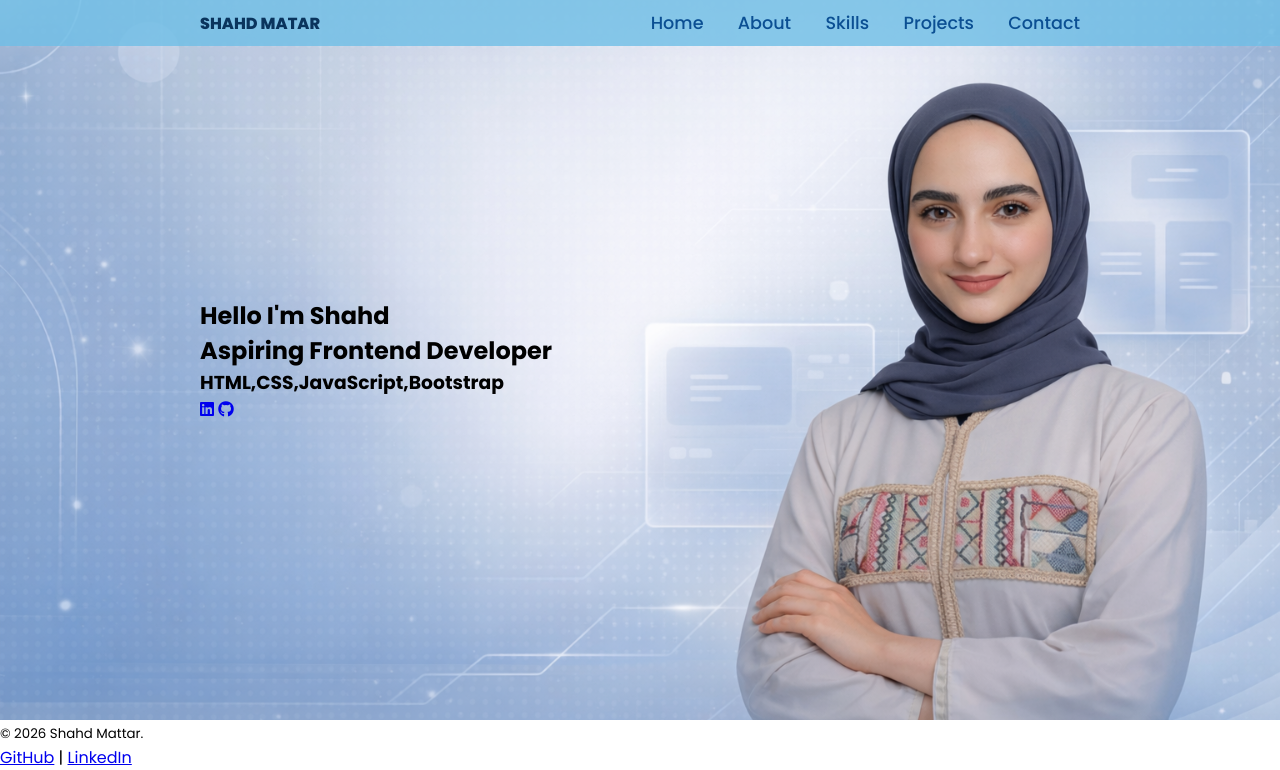
Repository: shahdmattar/personal-landing-page
Page: index.html
An editor plug-in stored every save of this project. The page is shown before and after the next save, followed by the edit.
The browser window is 1280 px wide. The pictures show the whole page.
Backgrounds fixed to the window are drawn as part of the page.

Above is the page before, as saved 2026-04-15 02:21:59.

### index.html
<!doctype html>
<html lang="en">
  <head>
    <meta charset="UTF-8" />
    <meta name="viewport" content="width=device-width, initial-scale=1.0" />
    <title>Shahd Matar | Personal Landing Page</title>
    <meta
      name="description"
      content="Personal landing page of Shahd Matar, Computer Engineering student and frontend learner."
    />
    <link
      rel="stylesheet"
      href="https://cdnjs.cloudflare.com/ajax/libs/font-awesome/6.0.0/css/all.min.css"
    />
    <link rel="stylesheet" href="style.css" />
    <!-- <link rel="stylesheet" href="test.css"> -->
  </head>

  <body>
    <header>
      <a href="#" class="logo">Shahd Matar</a>
      <nav class="navgation">
        <a href="#hero">Home</a>
        <a href="#about">About</a>
        <a href="#skills">Skills</a>
        <a href="#projects">Projects</a>
        <a href="#contact">Contact</a>
      </nav>
    </header>


      <section class="main">
        <div>
          <h2>Hello I'm Shahd<br> <span>Aspiring Frontend Developer</span></h2>
          <h3>HTML,CSS,JavaScript,Bootstrap</h3>
          <div class="social-icons">
            <a href="https://www.linkedin.com/in/shahd-matar-957608368"><i class="fab fa-linkedin"></i></a>
            <a href="https://github.com/shahdmattar"><i class="fab fa-github"></i></a>
          </div>
        </div>

      </section>


    <!-- Footer -->
    <footer>
      <p><small> &copy; 2026 Shahd Mattar.</small></p>
      <p>
        <a
          href="https://github.com/shahdmattar"
          target="_blank"
          rel="noopener noreferrer"
          >GitHub</a
        >
        |
        <a
          href="https://www.linkedin.com/in/shahd-matar-957608368"
          target="_blank"
          rel="noopener noreferrer"
          >LinkedIn</a
        >
      </p>
    </footer>
  </body>
</html>

### style.css
@import url('https://fonts.googleapis.com/css2?family=Dancing+Script:wght@400..700&family=Poppins:ital,wght@0,100;0,200;0,300;0,400;0,500;0,600;0,700;0,800;0,900;1,100;1,200;1,300;1,400;1,500;1,600;1,700;1,800;1,900&display=swap');

* {
  font-family:"Poppins", sans-serif;
  margin: 0;
  padding: 0;
  box-sizing: border-box;
  scroll-behavior:smooth;
}

header{
  width:100%;
  background-color:rgba(111, 191, 231, 0.8);
  position:fixed;
  display:flex;
  justify-content: space-between;
  align-items:center;
  z-index: 999;
  padding:10px 200px;
}

.logo{
  text-decoration:none;
  text-transform:uppercase;
  color:#0a345d;
  font-size:2rm;
  font-weight:800;
}

.navgation a{
  color:#0b4f93;
  text-decoration:none;
  font-size:1.1rem;
  font-weight:500;
  padding-left:30px;
}

.navgation a:hover{
  color:#0a345d;
  font-size:1.2rem;
  font-weight:600;
}

section{
   padding:200px 200px;
}
.main{
  width:100%;
  min-height:100vh;
  display:flex;
  align-items:center;
  background:url(images/background.png);
  background-repeat:no-repeat;
  background-size:cover;
  background-position:center;
  background-attachment: fixed;
}

After the next save:
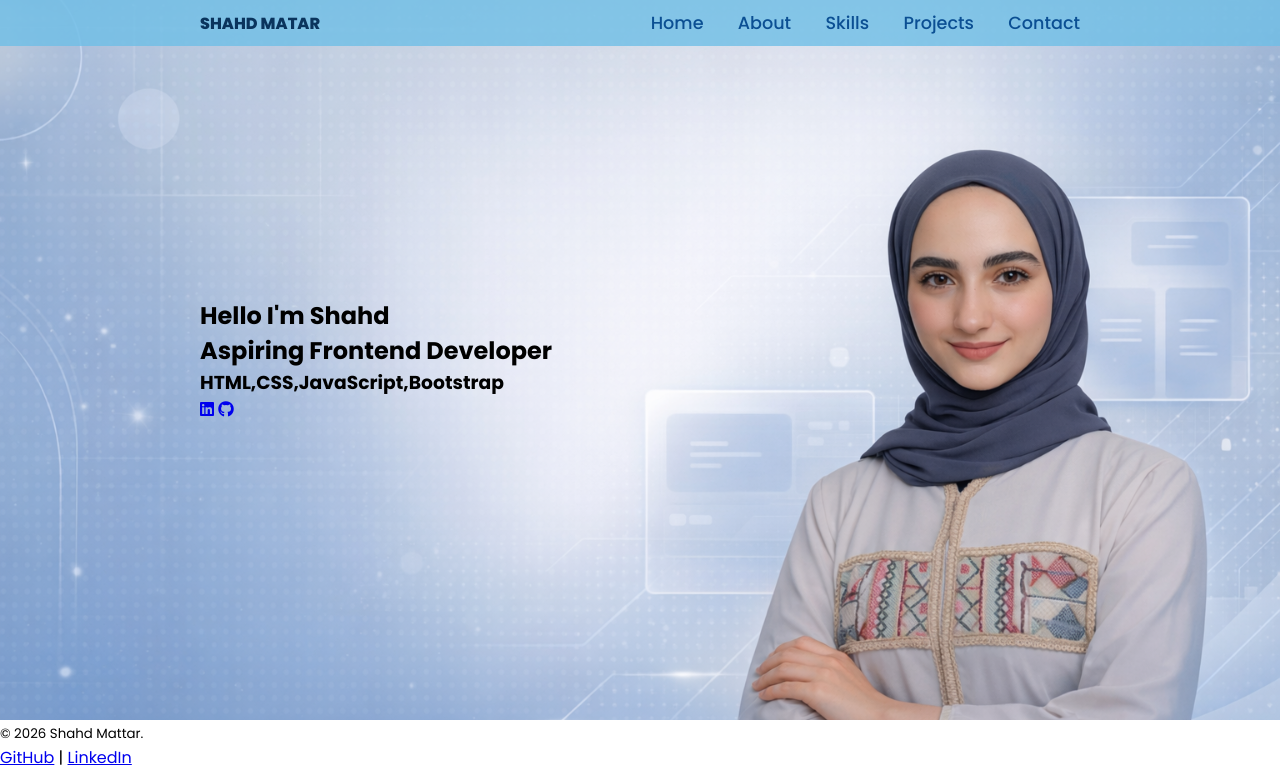
Saved 38 s later.
--- a/style.css
+++ b/style.css
@@ -52,6 +52,6 @@ section{
   background:url(images/background.png);
   background-repeat:no-repeat;
   background-size:cover;
-  background-position:center;
+  /* background-position:center; */
   background-attachment: fixed;
 }
